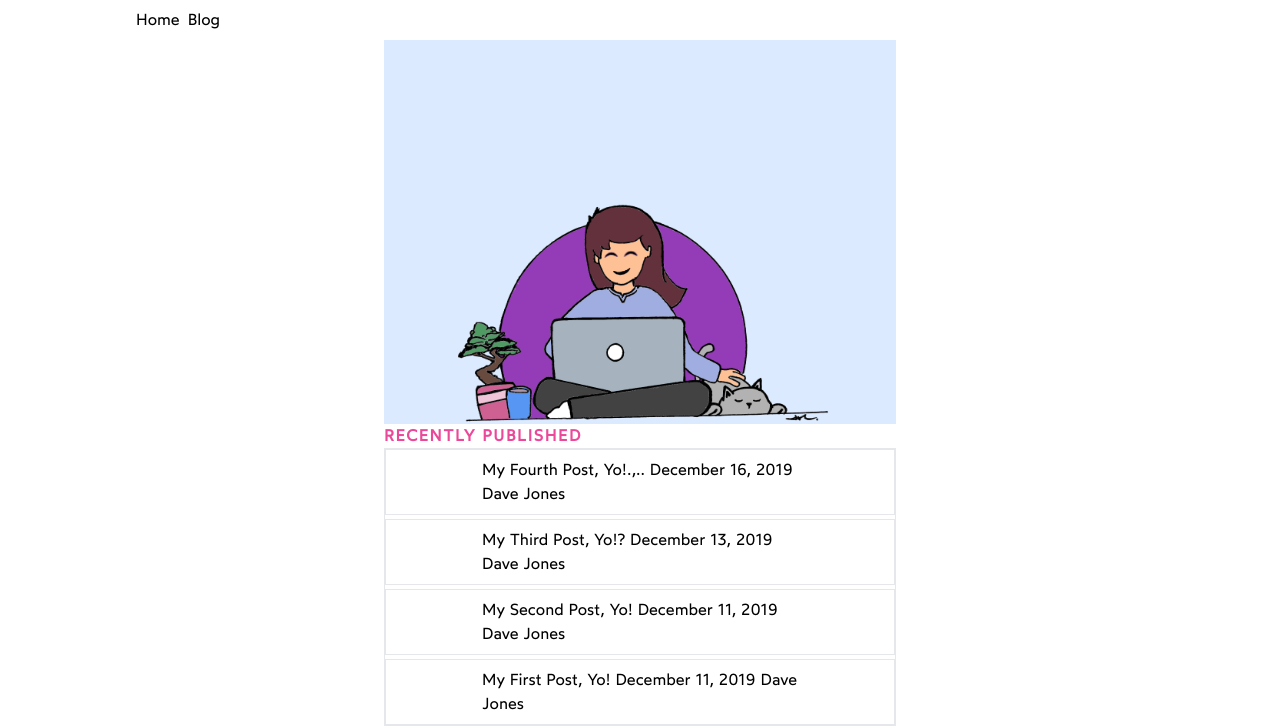
Repository: Risclover/markdown-blog
Page: /
An editor plug-in stored every save of this project. The page is shown before and after the next save, followed by the edit.
The browser window is 1280 px wide. The pictures show the whole page.
The project was rebuilt for these pictures with package versions that can differ from the ones it lists, and the page was loaded fresh each time.

Above is the page before, as saved 2023-06-28 10:23:26.

### src/index.js
import React from "react";
import ReactDOM from "react-dom/client";
import { BrowserRouter as Router } from "react-router-dom";
import "./fonts/wotfard-cufonfonts-webfont/style.css";

import "./index.css";
import App from "./App";

const root = ReactDOM.createRoot(document.getElementById("root"));
root.render(
  <Router>
    <App />
  </Router>
);

### src/fonts/wotfard-cufonfonts-webfont/style.css
/* #### Generated By: http://www.cufonfonts.com #### */

    @font-face {
    font-family: 'Wotfard Regular';
    font-style: normal;
    font-weight: normal;
    src: local('Wotfard Regular'), url('Wotfard-Regular.woff') format('woff');
    }

### src/index.css
*,
*::before,
*::after {
  box-sizing: border-box;
}
* {
  margin: 0;
}
body {
  line-height: 1.5;
  min-height: 100vh;
  -webkit-font-smoothing: antialiased;
}
img,
picture,
video,
canvas,
svg {
  display: block;
  max-width: 100%;
}
input,
button,
textarea,
select {
  font: inherit;
}
p,
h1,
h2,
h3,
h4,
h5,
h6 {
  overflow-wrap: break-word;
}
#root,
#__next {
  isolation: isolate;
}

### src/App.js
import "./App.css";
import { Route, Routes } from "react-router-dom";
import Home from "./pages/Home";
import NavBar from "./components/NavBar";

function App() {
  return (
    <div className="bg-white-100 min-h-screen">
      <div className="max-w-screen-lg m-auto">
        <header>
          <NavBar />
        </header>
        <Routes>
          <Route path="/" element={<Home />} />
        </Routes>
      </div>
    </div>
  );
}

export default App;

### src/pages/Home.js
import React, { useEffect } from "react";
import postList from "../posts.json";
import HomeHeader from "../components/HomeHeader";

export default function Home() {
  console.log(postList);

  postList.sort((a, b) => {
    let aPost = a.timestamp;
    let bPost = b.timestamp;

    return bPost - aPost;
  });

  return (
    <div className="container max-w-lg font-sans mx-auto border-black-4">
      <HomeHeader />
      <h2 className="uppercase text-base font-semibold tracking-widest text-pink-500">
        Recently Published
      </h2>
      <div className="grid grid-cols-1 gap-1 grid-flow-row border">
        {postList.map((post) => (
          <div key={post.id} className="container border px-24 py-2 bg-white">
            {post.title} {post.date} {post.author}
          </div>
        ))}
      </div>
    </div>
  );
}

### src/components/NavBar.js
import React from "react";

export default function NavBar() {
  return (
    <div className="py-2">
      <ul className="flex">
        <li className="mx-2">Home</li>
        <li>Blog</li>
      </ul>
    </div>
  );
}

### src/posts.json
[{"id":4,"title":"My Third Post, Yo!?","subtitle":"No subtitle given","description":"No description given","author":"Dave Jones","date":"December 13, 2019","timestamp":1576224000,"content":"\nWelcome to My Blog. _It's a beautiful thing._ I hope you'll have as much fun reading my posts as I have writing them. Well, before we go any further, allow me to introduce myself. I'm Dave Jones. I'm 34, and from Montreal, Canada.\n"},{"id":3,"title":"My Second Post, Yo!","subtitle":"No subtitle given","description":"No description given","author":"Dave Jones","date":"December 11, 2019","timestamp":1576051200,"content":"\nWelcome to My Blog. _It's a beautiful thing._ I hope you'll have as much fun reading my posts as I have writing them. Well, before we go any further, allow me to introduce myself. I'm Dave Jones. I'm 34, and from Montreal, Canada.\n"},{"id":2,"title":"My Fourth Post, Yo!.,..","subtitle":"No subtitle given","description":"No description given","author":"Dave Jones","date":"December 16, 2019","timestamp":1576483200,"content":"\nWelcome to My Blog. _It's a beautiful thing._ I hope you'll have as much fun reading my posts as I have writing them. Well, before we go any further, allow me to introduce myself. I'm Dave Jones. I'm 34, and from Montreal, Canada.\n"},{"id":1,"title":"My First Post, Yo!","subtitle":"This is a subtitle.","description":"Happy Pride month! In this tutorial, I'll share a handful of my favourite animation tricks. You'll learn how to build an animated wavy pride flag using CSS keyframes and linear gradients. We'll also see how to make it dynamic using React. 🏳️‍🌈","author":"Dave Jones","date":"December 11, 2019","timestamp":1576051200,"content":"\nWelcome to My Blog. _It's a beautiful thing._ I hope you'll have as much fun reading my posts as I have writing them. Well, before we go any further, allow me to introduce myself. I'm Dave Jones. I'm 34, and from Montreal, Canada.\n"}]

### src/components/HomeHeader.js
import React from "react";
import Avatar from "../images/avatar.png";
export default function HomeHeader() {
  return (
    <div className="h-96 bg-blue-100 flex flex-col justify-end">
      <div>
        <img className="w-9/12 m-auto border-black-4" src={Avatar} />
      </div>
    </div>
  );
}

### tailwind.config.js
/** @type {import('tailwindcss').Config} */
module.exports = {
  content: [
    "./app/**/*.{js,ts,jsx,tsx,mdx}",
    "./pages/**/*.{js,ts,jsx,tsx,mdx}",
    "./components/**/*.{js,ts,jsx,tsx,mdx}",

    // Or if using `src` directory:
    "./src/**/*.{js,ts,jsx,tsx,mdx}",
  ],
  theme: {
    fontFamily: {
      sans: ["Wotfard Regular", "sans-serif"],
    },
    extend: {},
  },
  plugins: [],
};

Loaded but not shown: public/index.html (common file); src/App.css (common file)

After the next save:
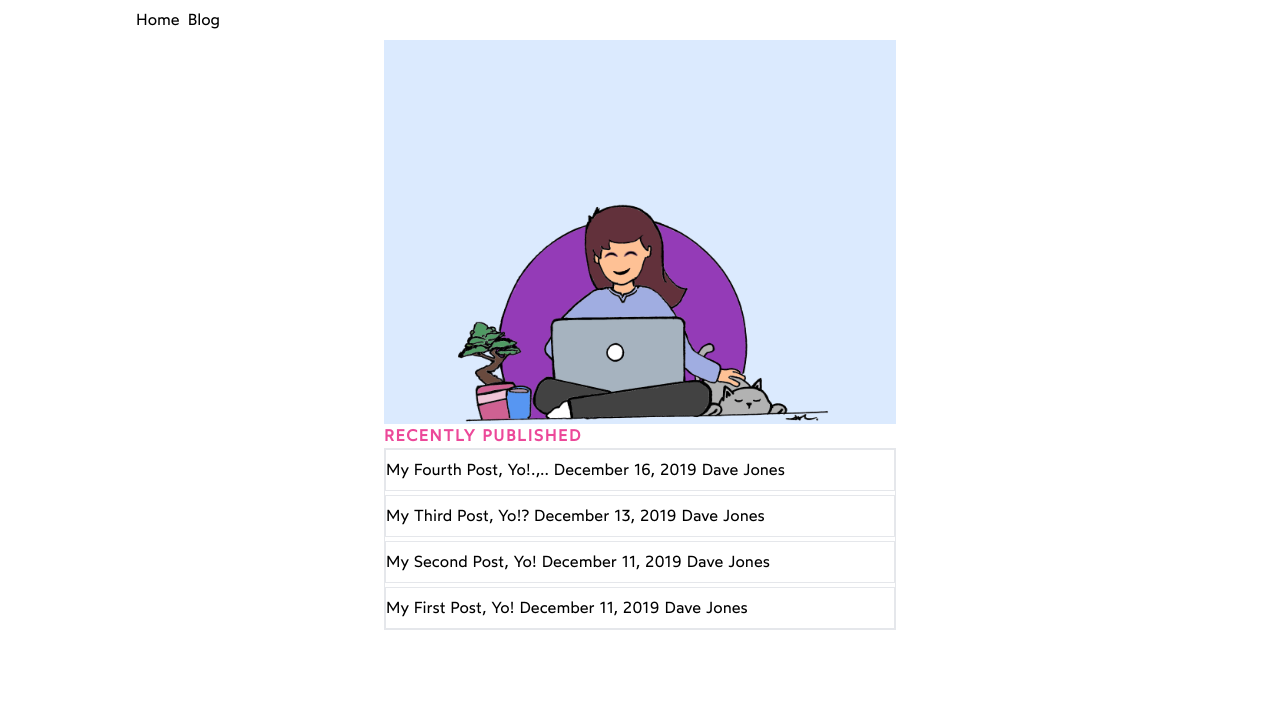
Saved 52 s later.
--- a/src/pages/Home.js
+++ b/src/pages/Home.js
@@ -20,7 +20,7 @@ export default function Home() {
       </h2>
       <div className="grid grid-cols-1 gap-1 grid-flow-row border">
         {postList.map((post) => (
-          <div key={post.id} className="container border px-24 py-2 bg-white">
+          <div key={post.id} className="container border py-2 bg-white">
             {post.title} {post.date} {post.author}
           </div>
         ))}
